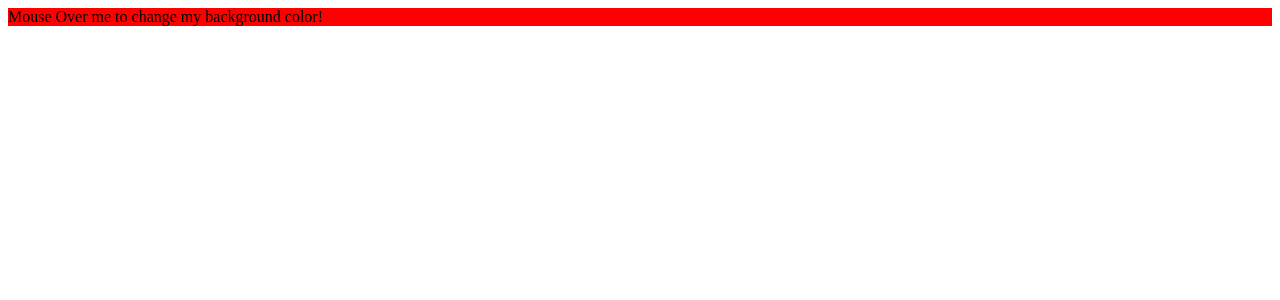
Repository: its-aritra-20/OnlineVotingSystem_CSI
Page: trial/src/main/webapp/Day1.html
An editor plug-in stored every save of this project. The page is shown before and after the next save, followed by the edit.
The browser window is 1280 px wide. The pictures show the whole page.

Above is the page before, as saved 2023-01-09 15:06:23.

After the next save:
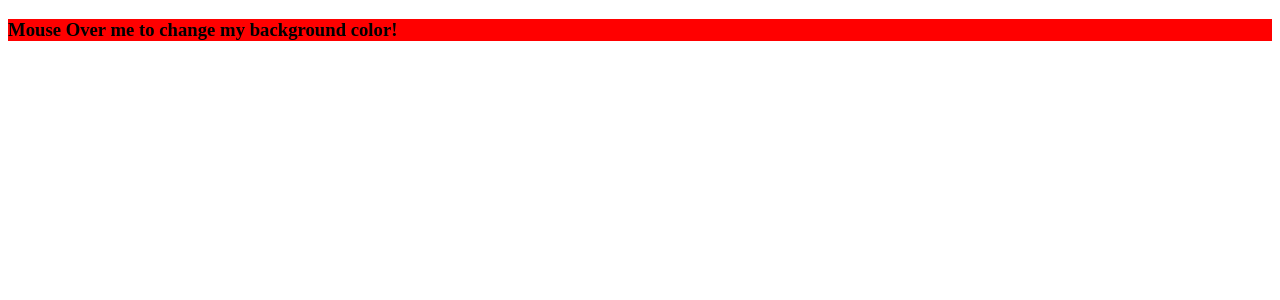
Saved 73 s later.
--- a/trial/src/main/webapp/Day1.html
+++ b/trial/src/main/webapp/Day1.html
@@ -9,6 +9,6 @@
   </style>
 </head>
 <body>
-  <div class="b" onmouseover="this.style.backgroundColor='blue'"> Mouse Over me to change my background color!</div>
+  <h3 class="b" onmouseover="this.style.backgroundColor='blue'"> Mouse Over me to change my background color!</h3>
 </body>
 </html>
